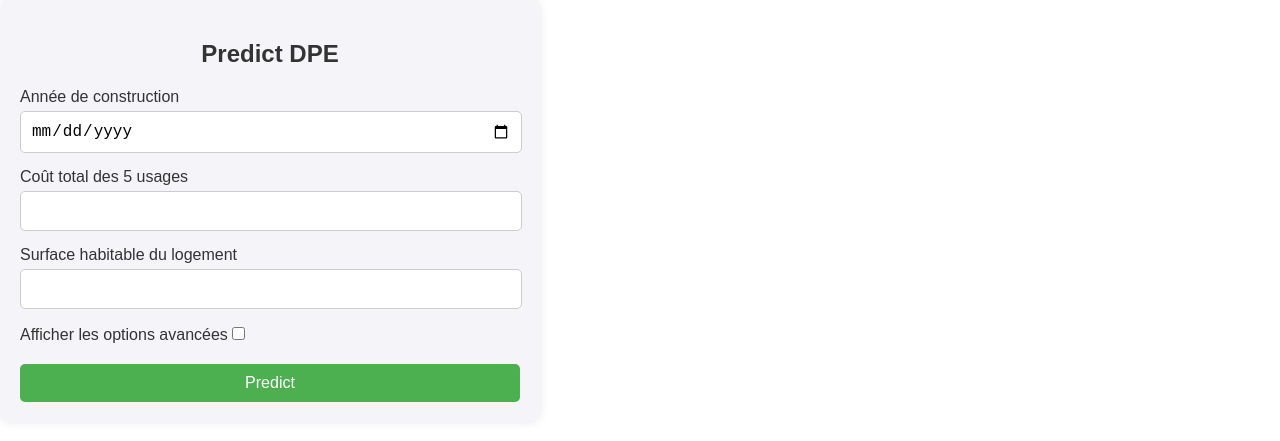
Repository: abdouAppcraft/Predict-DPE
Page: /
An editor plug-in stored every save of this project. The page is shown before and after a run of saves, followed by the edit.
The browser window is 1280 px wide. The pictures show the whole page.
The page's requests for data from a server got no answer. The project was rebuilt for these pictures with package versions that can differ from the ones it lists, and the page was loaded fresh each time. No one was signed in, and anything a server would have sent is missing. Also part of the build but not shown: src/screens/Result/Result.tsx.

Above is the page before, as saved 2024-06-11 17:02:55.

### src/App.tsx
import React from "react";
import PredictForm from "./screens/PredictForm/PredictForm";
import { createBrowserRouter, RouterProvider } from "react-router-dom";
import Result from "./screens/Result/Result";

const router = createBrowserRouter([
  {
    path: "/",
    Component: PredictForm,
  },
  {
    path: "/result",
    Component: Result,
  },
]);

const App: React.FC = () => {
  return (
    <>
      <RouterProvider router={router} />
    </>
  );
};

export default App;

### src/screens/PredictForm/PredictForm.tsx
import React, { useState } from "react";
import { useNavigate } from "react-router-dom";
import { useDpeOptions } from "../../hooks/useDpeOptions";
import "./PredictForm.css";
import strings from "../../strings/string";
import axios from "axios";
import computeData from "../../utils/computeData";

type Field = {
  name: string;
  type: string;
};

const field: Field[] = [
  { name: "Annee_construction", type: "date" },
  { name: "Cout_total_5_usages", type: "number" },
  { name: "Surface_habitable_logement", type: "number" },
];

const advancedField: Field[] = [
  { name: "Qualite_isolation_enveloppe", type: "select" },
  { name: "Type_energie_principale_chauffage", type: "select" },
  { name: "Type_installation_chauffage", type: "select" },
  { name: "Code_postal_BAN", type: "address" },
  { name: "Conso_5_usages_e_finale", type: "number" },
  { name: "Conso_5_usagesm2_e_finale", type: "number" },
  { name: "Emission_GES_5_usages", type: "number" },
  { name: "Emission_GES_5_usages_par_m2", type: "number" },
  { name: "Cout_chauffage", type: "number" },
  { name: "Cout_ECS", type: "number" },
  { name: "Qualite_isolation_menuiseries", type: "select" },
];

const PredictForm: React.FC = () => {
  const [formData, setFormData] = useState<Record<string, any>>({});
  const [advancedOp, setAdvancedOp] = useState<boolean>(false);

  const [prediction, setPrediction] = useState<string | null>(null);
  const navigate = useNavigate();
  const options = useDpeOptions();

  console.log({ options });

  const handleChange = (
    e: React.ChangeEvent<HTMLInputElement | HTMLSelectElement>
  ) => {
    const { name, value, type } = e.target;
    if (type === "checkbox") {
      setFormData({
        ...formData,
        [name]: (e.target as HTMLInputElement).checked,
      });
    } else {
      setFormData({
        ...formData,
        [name]: value,
      });
    }
  };

  const handleSubmit = async (e: React.FormEvent) => {
    e.preventDefault();
    try {
      const response = await axios.post(
        "http://localhost:8000/",
        computeData(formData)
      );
      // console.log("Prediction Response:", response.data); // Ajoutez ce journal pour voir la réponse
      // setPrediction(response.data.predicted_DPE);
      if (response.data) {
        setPrediction(JSON.stringify(response.data));
      }
    } catch (error) {
      console.error("There was an error making the request:", error);
    }
  };

  const renderRow = (f: Field) => {
    switch (f.type) {
      case "select":
        return (
          <div className="form-group">
            <label>{strings[f.name as keyof typeof strings]}</label>
            <select
              name={f.name}
              value={formData[f.name]}
              onChange={handleChange}
              required
            >
              {options &&
                Object.hasOwn(options, f.name) &&
                options[f.name as keyof typeof options].map(
                  (option: string) => {
                    return <option>{option} </option>;
                  }
                )}
            </select>
          </div>
        );
        break;

      default:
        return (
          <>
            <div className="form-group">
              <label>{strings[f.name as keyof typeof strings]}</label>
              <input
                type={f.type}
                name={f.name}
                value={formData[f.name]}
                onChange={handleChange}
                required
              />
            </div>
          </>
        );
    }
  };

  return (
    <main className="predict-form">
      <section>
        <h1>Predict DPE</h1>
        <form onSubmit={handleSubmit}>
          {field.map((f) => renderRow(f))}
          <div
            className="form-group"
            style={{ display: "flex", alignItems: "baseline" }}
          >
            <label htmlFor="advancedField">
              {advancedOp
                ? "Masquer les Options avancées"
                : "Afficher les options avancées"}
            </label>
            <input
              type="checkbox"
              name="advancedField"
              checked={advancedOp}
              onChange={(e) => setAdvancedOp(!advancedOp)}
            />
          </div>
          {advancedOp && advancedField.map((f) => renderRow(f))}
          <button type="submit" className="submit-btn">
            Predict
          </button>
        </form>
      </section>
      {prediction && (
        <section>
          <h2>Predicted DPE: {prediction}</h2>
        </section>
      )}
    </main>
  );
};

export default PredictForm;

### src/hooks/useDpeOptions.tsx
import axios from "axios";
import { useEffect, useState } from "react";

type DPE_Options_Type = {
  Qualite_isolation_enveloppe: string[];
  Type_energie_principale_chauffage: string[];
  Type_installation_chauffage: string[];
  Qualite_isolation_menuiseries: string[];
};
export const useDpeOptions = () => {
  const [options, setOptions] = useState<DPE_Options_Type>();

  useEffect(() => {
    axios
      .get<DPE_Options_Type>("http://127.0.0.1:8000/dpe/options")
      .then((res) => {
        setOptions(res.data);
      });
  }, []);

  return options;
};

### src/screens/PredictForm/PredictForm.css
.predict-form {

    max-width: 500px;
    padding: 20px;
    background-color: #f4f4f9;
    border-radius: 10px;
    box-shadow: 0 0 10px rgba(0, 0, 0, 0.1);
    font-family: Arial, sans-serif;
}

.predict-form h1 {
    text-align: center;
    color: #333;
}

.form-group {
    margin-bottom: 15px;
}

.form-group label {
    display: block;
    margin-bottom: 5px;
    color: #333;
}

.form-group input,
.form-group select {
    width: calc(100% - 20px);
    padding: 10px;
    border: 1px solid #ccc;
    border-radius: 5px;
    font-size: 16px;
}

.form-group input[type="checkbox"] {
    width: auto;
}

.submit-btn {
    width: 100%;
    padding: 10px;
    background-color: #4CAF50;
    color: white;
    border: none;
    border-radius: 5px;
    font-size: 16px;
    cursor: pointer;
    transition: background-color 0.3s ease;
}

.submit-btn:hover {
    background-color: #45a049;
}

h2 {
    text-align: center;
    color: #333;
    margin-top: 20px;
}

### src/strings/string.ts
const strings = {
  Annee_construction: "Année de construction",
  Cout_total_5_usages: "Coût total des 5 usages",
  Surface_habitable_logement: "Surface habitable du logement",
  Qualite_isolation_enveloppe: "Qualité de l'isolation de l'enveloppe",
  Type_energie_principale_chauffage: "Type d'énergie principale de chauffage",
  Type_installation_chauffage: "Type d'installation de chauffage",
  Code_postal_BAN: "Code postal BAN",
  Conso_5_usages_e_finale: "Consommation des 5 usages en énergie finale",
  Conso_5_usagesm2_e_finale:
    "Consommation des 5 usages par m² en énergie finale",
  Emission_GES_5_usages: "Émission de GES des 5 usages",
  Emission_GES_5_usages_par_m2: "Émission de GES des 5 usages par m²",
  Cout_chauffage: "Coût du chauffage",
  Cout_ECS: "Coût de l'ECS",
  Qualite_isolation_menuiseries: "Qualité de l'isolation des menuiseries",
};

export default strings;

### src/utils/computeData.ts
const computeData = (data: Record<string, any>) => {
  const newData = { ...data };
  for (var key in data) {
    if (key === "Annee_construction") {
      newData[key] = new Date(data[key]).getFullYear;
    }
  }
  return newData;
};

export default computeData;

Loaded but not shown: public/index.html (common file); src/index.tsx (common file); src/index.css (common file); src/reportWebVitals.ts (common file)

After the next 2 saves:
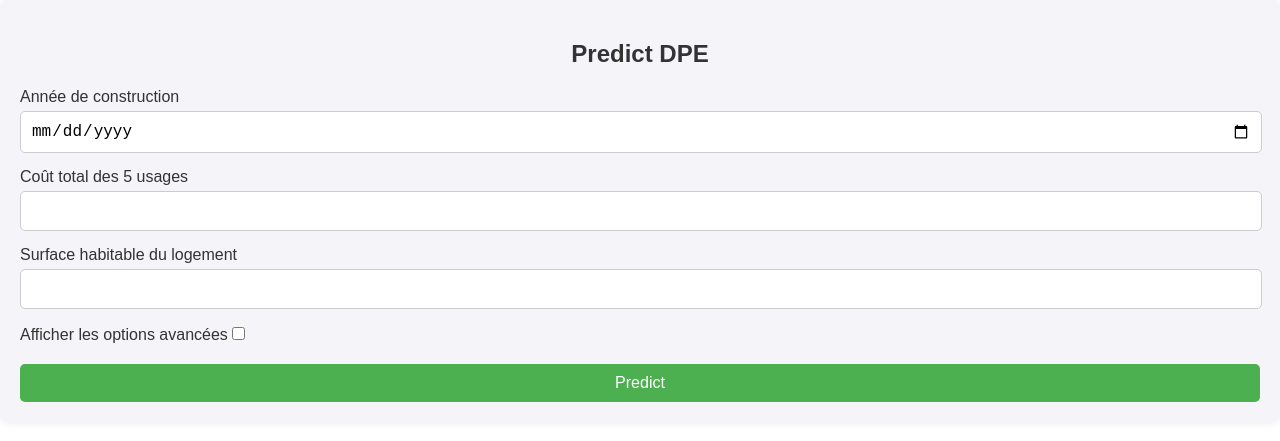
The 2 saves are shown as one change because they came seconds apart.
The last was saved 8 s later.
--- a/src/screens/PredictForm/PredictForm.css
+++ b/src/screens/PredictForm/PredictForm.css
@@ -1,6 +1,4 @@
 .predict-form {
-
-    max-width: 500px;
     padding: 20px;
     background-color: #f4f4f9;
     border-radius: 10px;
